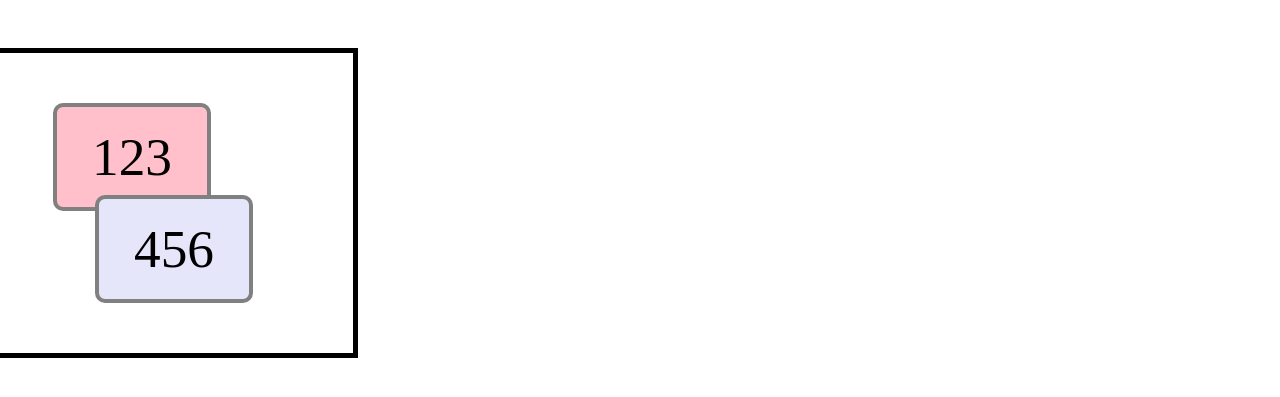
Repository: sangah-park98/jsp-class
Page: k20230508_1_css/src/main/webapp/26_요소정렬4.html
The author's editor kept a copy of each file at every save. The page is drawn from the files as they stood at one save, then again after the next save.
The browser window is 1280 px wide. The pictures show the whole page.

Above is the page before, as saved 2023-05-09 08:14:54.

After the next save:
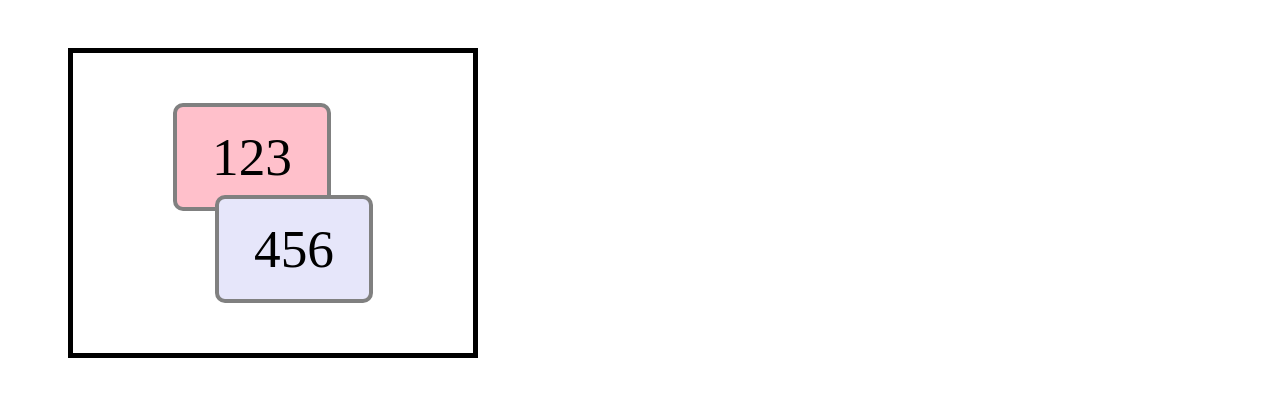
Saved 4 s later.
--- a/k20230508_1_css/src/main/webapp/26_요소정렬4.html
+++ b/k20230508_1_css/src/main/webapp/26_요소정렬4.html
@@ -31,7 +31,7 @@
 		/* top: 40px;
 		left: 40px; */
 		top: 40px;
-		right: 60px;
+		left: 60px;
 	}
 	.child1 {
 		width: 150px;
